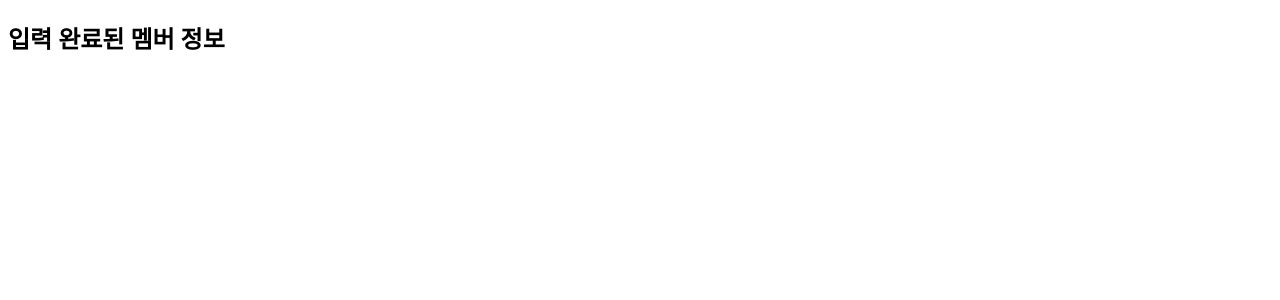
Repository: y0y00700/Jsp_study
Page: http://localhost/web-Practice/javaBean/PrintAddMember.jsp
An editor plug-in stored every save of this project. The page is shown before and after the next save, followed by the edit.
The browser window is 1280 px wide. The pictures show the whole page.
The page is served by Tomcat 9. Other server files are loaded and not shown.

Above is the page before, as saved 2024-09-22 11:35:41.

### jsp_workspace/web-Practice/src/main/webapp/javaBean/PrintAddMember.jsp
<%@ page language="java" contentType="text/html; charset=UTF-8"
    pageEncoding="UTF-8"%>
<%
	request.setCharacterEncoding("UTF-8");
%>
<jsp:useBean id="member" class="com.exercise.voExample.MemberVO"/>
<jsp:setProperty name="member" property="*"/>

<!DOCTYPE html>
<html>
<head>
<meta charset="UTF-8">
<title>PrintAddMember</title>
</head>
<body>
<h2>입력 완료된 멤버 정보</h2>


</body>
</html>

### jsp_workspace/web-Practice/src/main/java/com/exercise/voExample/MemberVO.java
package com.exercise.voExample;

public class MemberVO {
	private String name;
	private String id;
	private String pwd;
	public String getName() {
		return name;
	}
	public void setName(String name) {
		this.name = name;
	}
	public String getId() {
		return id;
	}
	public void setId(String id) {
		this.id = id;
	}
	public String getPwd() {
		return pwd;
	}
	public void setPwd(String pwd) {
		this.pwd = pwd;
	}
}

After the next save:
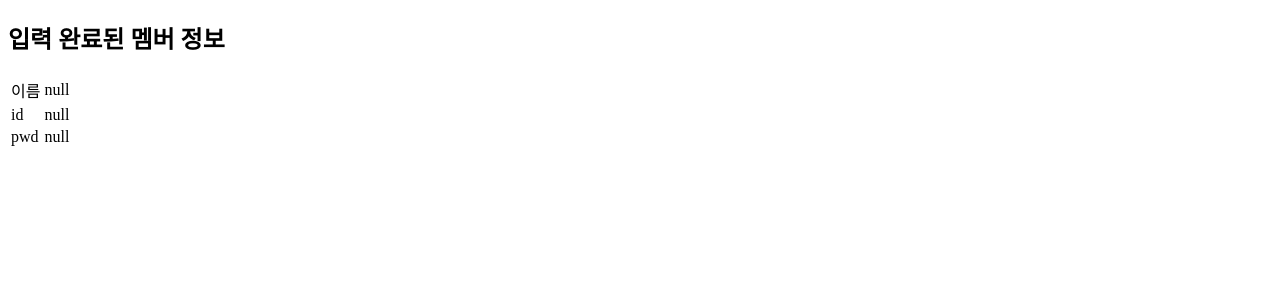
Saved 66 s later.
--- a/jsp_workspace/web-Practice/src/main/webapp/javaBean/PrintAddMember.jsp
+++ b/jsp_workspace/web-Practice/src/main/webapp/javaBean/PrintAddMember.jsp
@@ -14,7 +14,20 @@
 </head>
 <body>
 <h2>입력 완료된 멤버 정보</h2>
-
+	<table>
+		<tr>
+			<td> 이름 </td>
+			<td> <jsp:getProperty name ="member" property="name"/></td>
+		</tr>
+		<tr>
+			<td> id </td>
+			<td> <jsp:getProperty name ="member" property="id"/></td>
+		</tr>
+		<tr>
+			<td> pwd </td>
+			<td> <jsp:getProperty name ="member" property="pwd"/></td>
+		</tr>
+	</table>
 
 </body>
 </html>
